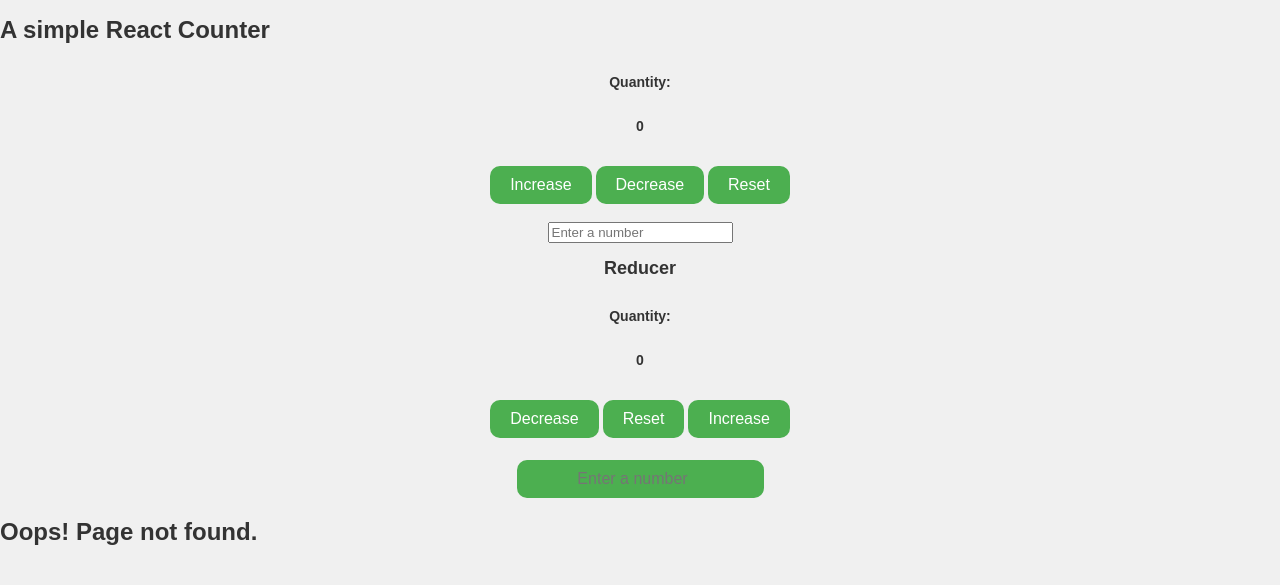
Repository: qudos4real/altschool-second-sem
Page: /
The author's editor kept a copy of each file at every save. The page is drawn from the files as they stood at one save, then again after the next save.
The browser window is 1280 px wide. The pictures show the whole page.
The project was rebuilt for these pictures with package versions that can differ from the ones it lists, and the page was loaded fresh each time. Also part of the build but not shown: src/App.css, src/Components/ErrorBoundary.js.

Above is the page before, as saved 2022-11-04 14:54:40.

### src/App.js
import React from 'react';
import Counter from './Components/Counter';
import './App.css';
import Reducer from './Components/Reducer';
import Home from './Components/Home';
import NotFound from './Components/NotFound';
import ErrorBoundary from './Components/ErrorBoundary';
import { BrowserRouter as Router, Route, Routes, Link } from 'react-router-dom';



function App() {
  return (
    <>
    <Home />
    <Counter />
    <Reducer />
    <NotFound />
    <ErrorBoundary />

    </>

    // <Router>
    //   <ErrorBoundary >
    //   <nav>
    //     <Link to="/">Home</Link>
    //     <Link to="counter">Counter</Link>
    //     <Link to="reducer">Reducer</Link>
    //     <Link to="ErrorBoundary">ErrorBoundary</Link>
    //     </nav>
    //   <Routes>
    //     <Route path="/" element={<Home />} />
    //     <Route path="/counter" element={<Counter />} />
    //     <Route path="/reducer" element={<Reducer />} />
    //     <Route path="ErrorBoundary" element={<ErrorBoundary />} />
    //     <Route path="*" element={<NotFound />} />
    //   </Routes>
    //   </ErrorBoundary>
    // </Router>
  )
}

export default App

### src/Components/Counter.js
import React from "react";
import { useCounter } from "../hooks/useCounter";
import "../CSS/Counter.css";

function Counter() {
  const quantity = useCounter(0);
  return (
    <div className="container">
      <h3>Quantity: </h3>
      <h3>{quantity.count} </h3>
      <br />
      <div>
        <button className="btn " onClick={quantity.increment}>
          Increase
        </button>
        <button className="btn " onClick={quantity.decrement}>
          Decrease
        </button>
        <button className="btn " onClick={quantity.reset}>
          Reset
        </button>
      </div>
      <br />
      <input placeholder="Enter a number"
        type="number"
        onChange={(e) => quantity.setValue(e.target.value)}
      />
    </div>
  );
}

export default Counter;

### src/Components/Reducer.js
import React from "react";
import { useReducer } from "react";
import { reducer } from "../hooks/reducer.1";
import "../CSS/Counter.css"

function Reducer() {
  const [state, dispatch] = useReducer(reducer, { count: 0 });
  return (
    <div className="container">
      <h2>Reducer</h2>
      <h3> Quantity: </h3>
      <h3>{state.count}</h3>
      <br />
      <div>
      <button className="btn " onClick={() => dispatch({ type: "decrement" })}>Decrease</button>
      <button className="btn " onClick={() => dispatch({ type: "reset" })}>Reset</button>
      <button className="btn " onClick={() => dispatch({ type: "increment" })}>Increase</button>
      </div>
      <br />
      <input
        type="number" placeholder="Enter a number" className="btn "
        onChange={(e) => dispatch({ type: "setValue", value: e.target.value })}
      />
    </div>
  );
}

export default Reducer;

### src/Components/Home.js
import React from "react";
import { Outlet } from "react-router-dom";

function Home() {
  return (
    <div>
      <h1>A simple React Counter</h1>
        <Outlet />

    </div>
  );
}

export default Home;

### src/Components/NotFound.js
import React from 'react'

const NotFound = () => {
    return (
        <div>
            <h1>
            Oops! Page not found.
            </h1>
        </div>
    )
}

export default NotFound

### src/hooks/useCounter.js
import { useState } from "react";

export const useCounter = (initialValue) => {
    const [count, setCount] = useState(initialValue);
    const increment = () => {
        setCount(count + 1);
    };
    const decrement = () => {
        count > 0 && setCount(count - 1);
    };
    const reset = () => {
        setCount(initialValue);
    };
    const setValue = (value) => {
        setCount(value);
    };
    return { count, increment, decrement, reset, setValue };
};

### src/CSS/Counter.css
body {
    background-color: #f0f0f0;
    font-family: Arial, Helvetica, sans-serif;
    font-size: 12px;
    color: #333;
    margin: 0;
    padding: 0;
    box-sizing: border-box;
}
.container{
    width: 80%;
    max-width: 1200px;
    margin: 0 auto;
    padding: 0 20px;
    display: flex;
    justify-content: center;
    align-items: center;
    flex-direction: column;

}
.btn {
    background-color: #4CAF50;
    border: none;
    color: white;
    padding: 10px 20px;
    text-align: center;
    text-decoration: none;
    display: inline-block;
    font-size: 16px;
    margin: 4px 2px;
    cursor: pointer;
    border-radius: 10px;
}
.btn:hover {
    background-color: #3e8e41;
}
.input{
    width: 100%;
    max-width: 500px;
    padding: 10px;
    border: 1px solid #ccc;
    border-radius: 10px;
    margin-bottom: 10px;
}

### src/hooks/reducer.1.js
export function reducer(state, action) {
    switch (action.type) {
        case "increment":
            return { count: state.count + 1 };
        case "decrement":
            return { count: state.count - 1 };
        case "reset":
            return { count: 0 };
        case "setValue":
            return { count: action.value };
        default:
            return state;
    }
}

Loaded but not shown: public/index.html (common file); src/index.js (common file); src/index.css (common file); src/reportWebVitals.js (common file)

After the next save:
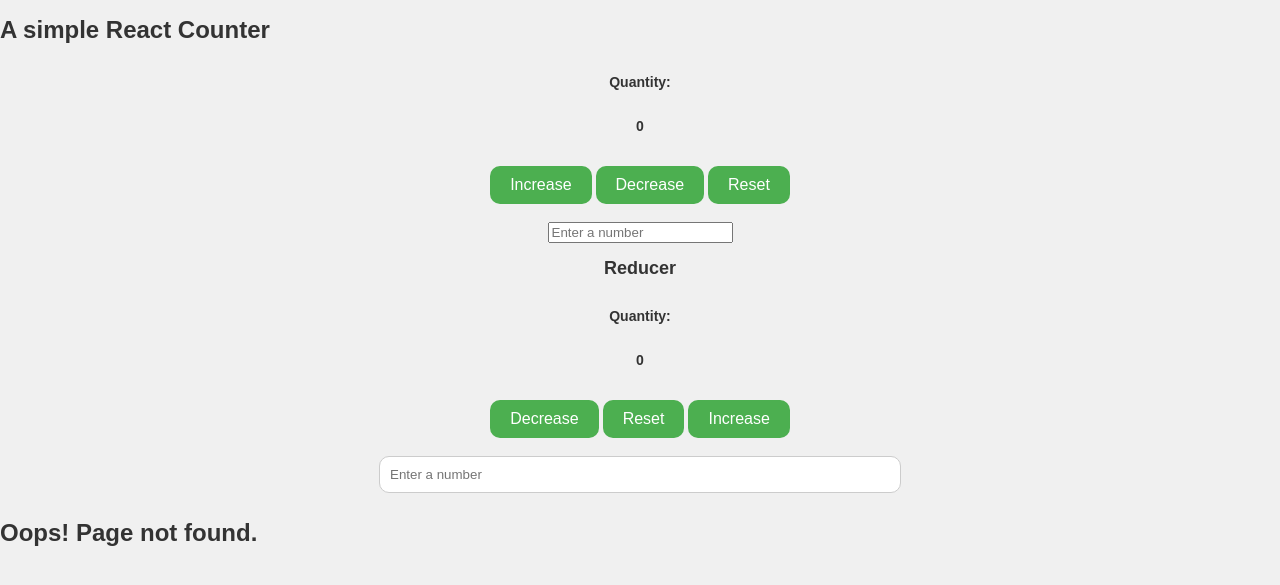
Saved 44 s later.
--- a/src/Components/Reducer.js
+++ b/src/Components/Reducer.js
@@ -18,7 +18,7 @@ function Reducer() {
       </div>
       <br />
       <input
-        type="number" placeholder="Enter a number" className="btn "
+        type="number" placeholder="Enter a number" className="input "
         onChange={(e) => dispatch({ type: "setValue", value: e.target.value })}
       />
     </div>
